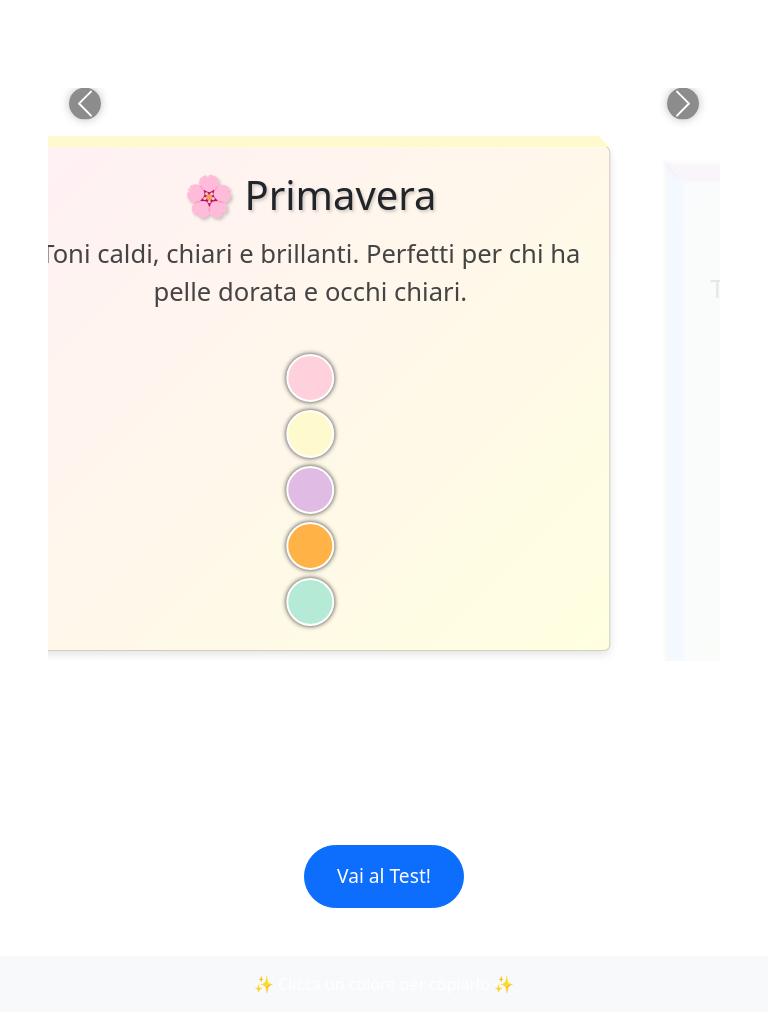
Repository: Probyte5D/Armocromia-website
Page: index.html
These files come from the project's save history. The page is drawn as it stood at one moment and after the next save; the edit follows.
The browser window is 768 px wide. The pictures show the part of the page from y = 680 to 1702 px (the page is 1692 px tall before and 1702 px after).
Backgrounds fixed to the window are drawn as part of the page.

Above is the page before, as saved 2025-04-18 04:24:53.

After the next save:
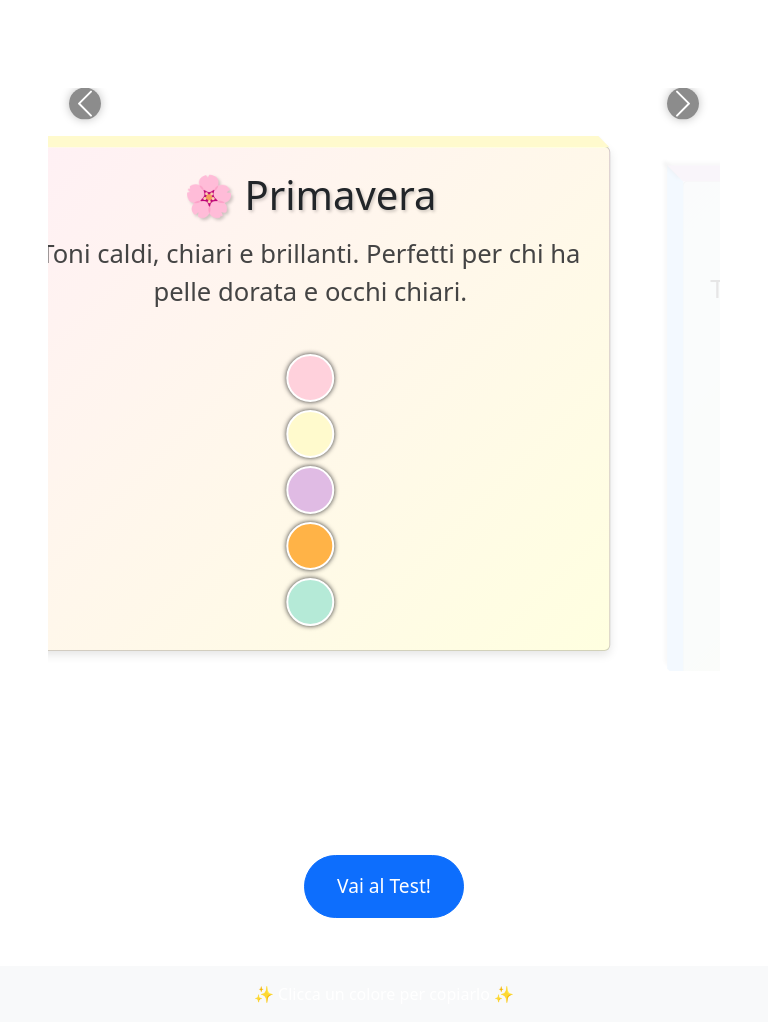
Saved 30 s later.
--- a/style.css
+++ b/style.css
@@ -751,3 +751,13 @@ footer p {
   border: 2px solid #000;
   box-shadow: 0 0 10px rgba(0, 0, 0, 0.3);
 }
+
+.carousel-inner .carousel-item {
+  max-width: 100%;
+}
+
+@media (max-width: 768px) {
+  .card {
+    margin-bottom: 20px;
+  }
+}
